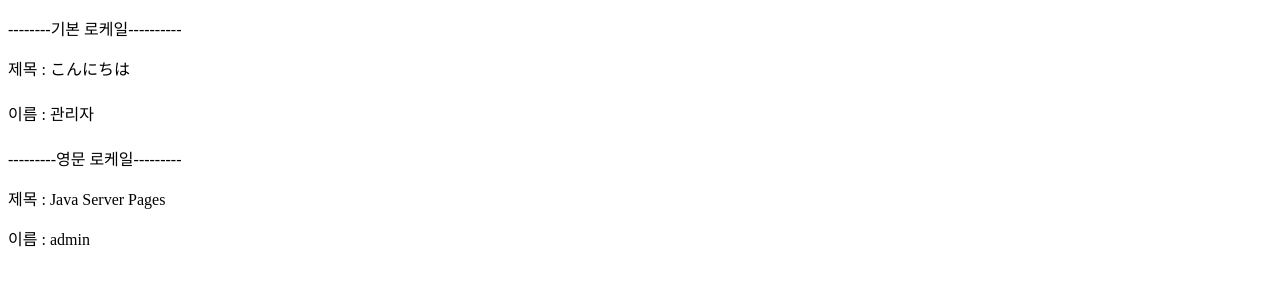
Repository: doyeong123/doyeonggit1
Page: http://localhost/jspbook2/ch09/jstl_fmt01.jsp
These files come from the project's save history. The page is drawn as it stood at one moment and after the next save; the edit follows.
The browser window is 1280 px wide. The pictures show the whole page.
The page is served by Tomcat 9.

Above is the page before, as saved 2023-12-12 08:26:36.

After the next save:
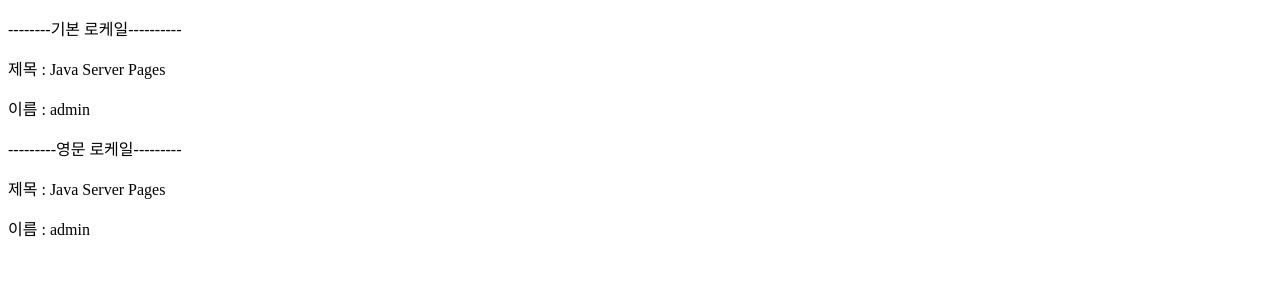
Saved 19 s later.
--- a/jsp/jspbook2/src/main/webapp/ch09/jstl_fmt01.jsp
+++ b/jsp/jspbook2/src/main/webapp/ch09/jstl_fmt01.jsp
@@ -9,7 +9,7 @@
 </head>
 <body>
 	<p>--------기본 로케일----------
-	<fmt:setLocale value="ko"/>
+
 		<fmt:setBundle basename="bundle.myBundle"
 		 var="resourceBundles"/>
 	<p> 제목 : <fmt:message key="title" bundle="${resourceBundles}"/>

After the save that followed:
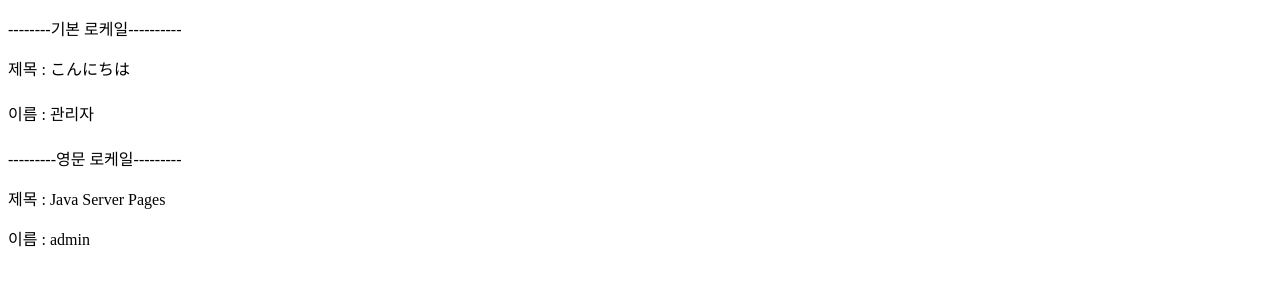
Saved 11 s later.
--- a/jsp/jspbook2/src/main/webapp/ch09/jstl_fmt01.jsp
+++ b/jsp/jspbook2/src/main/webapp/ch09/jstl_fmt01.jsp
@@ -9,7 +9,7 @@
 </head>
 <body>
 	<p>--------기본 로케일----------
-
+	<fmt:setLocale value="ko"/>
 		<fmt:setBundle basename="bundle.myBundle"
 		 var="resourceBundles"/>
 	<p> 제목 : <fmt:message key="title" bundle="${resourceBundles}"/>
